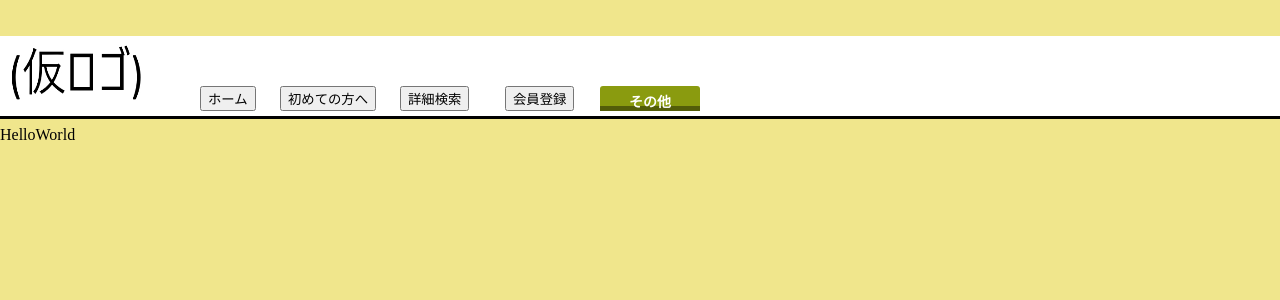
Repository: k0816/backup-master
Page: http://localhost/cycle/partyJoin.jsp
An editor plug-in stored every save of this project. The page is shown before and after the next save, followed by the edit.
The browser window is 1280 px wide. The pictures show the whole page.
The page is served by Tomcat 9. Other server files are loaded and not shown.

Above is the page before, as saved 2018-01-16 01:31:51.

### cycle/WebContent/partyJoin.jsp
<%@ page language="java" contentType="text/html; charset=UTF-8"
    pageEncoding="UTF-8"%>
<%@ taglib prefix="s" uri="/struts-tags"%>
<!DOCTYPE html PUBLIC "-//W3C//DTD HTML 4.01 Transitional//EN" "http://www.w3.org/TR/html4/loose.dtd">
<html>
<head>
<meta http-equiv="Content-Type" content="text/html; charset=UTF-8">
<title>Insert title here</title>
</head>
<body>

<br><br>
<jsp:include page="/includeHeader.jsp" flush="true" />
<br>
HelloWorld


</body>
</html>

### cycle/WebContent/includeHeader.jsp
<%@ page language="java" contentType="text/html; charset=UTF-8"
	pageEncoding="UTF-8"%>
<%@ taglib prefix="s" uri="/struts-tags"%>
<!DOCTYPE html PUBLIC "-//W3C//DTD HTML 4.01 Transitional//EN" "http://www.w3.org/TR/html4/loose.dtd">
<html>
<head>

<meta http-equiv="Content-Type" content="text/html; charset=utf-8" />
<meta http-equiv="Content-Style-Type" content="text/css" />
<meta http-equiv="Content-Script-Type" content="text/javascript" />
<meta http-equiv="imagetoolbar" content="no" />
<meta name="description" content="" />
<meta name="keywords" content="" />


<title>ヘッダー記述</title>

<style type="text/css">
#header {
	width: 100%;
	height: 80px;
	background-color: white;
	border-bottom: 3px solid black;
	position: fixed;
}

#welcome {
    position: absolute;
	left: 200px;
	top:20px;
}

.botan {
	position: absolute;
	top: 50px;
}

#home {
	position: absolute;
	left: 200px;
}

#new {
	position: absolute;
	left: 280px;
}

#search {
	position: absolute;
	left: 400px;
}

#other {
	position: absolute;
	left: 500px;
}

#create {
	position: absolute;
	left: 505px;
}

/*背景設定*/
body {
	/* background: url("./image/wood.jpg"); */
	background-color: #F0E68C;
	margin: 0;
	padding: 0;
}

/* ドロップダウンメニューについて */
#dropmenu {
	list-style-type: none;
	width: 100px;
	height: 20px;
	margin: 0px auto 0px;
	padding: 0;
	background: #8a9b0f;
	border-bottom: 5px solid #535d09;
	border-radius: 3px 3px 0 0;
	position: absolute;
	left: 600px;
}

#dropmenu li {
	position: relative;
	width: 100%;
	float: left;
	margin: 0;
	padding: 0;
	text-align: center;
}

#dropmenu li a {
	display: block;
	margin: 0;
	padding: 10px ;
	color: #fff;
	font-size: 14px;
	font-weight: bold;
	line-height: 1;
	text-decoration: none;
}

#dropmenu li:hover>a {
	background: #6e7c0c;
	color: #eff7b1;
}

#dropmenu>li:hover>a {
	border-radius: 3px 3px 0 0;
}

#dropmenu li ul {
	list-style: none;
	position: absolute;
	top: 100%;
	left: 0;
	margin: 0;
	padding: 0;
	border-radius: 0 0 3px 3px;
}

#dropmenu li ul li {
	overflow: hidden;
	width: 100%;
	height: 0;
	color: #fff;
	-moz-transition: .2s;
	-webkit-transition: .2s;
	-o-transition: .2s;
	-ms-transition: .2s;
	transition: .2s;
}

#dropmenu li ul li a {
	padding: 13px 13px;
	background: #6e7c0c;
	text-align: center;
	font-size: 12px;
	font-weight: normal;
}

#dropmenu li:hover ul li {
	overflow: visible;
	height: 38px;
	border-top: 1px solid #7c8c0e;
	border-bottom: 1px solid #616d0b;
}

#dropmenu li:hover ul li:first-child {
	border-top: 0;
}

#dropmenu li:hover ul li:last-child {
	border-bottom: 0;
}

#dropmenu li:hover ul li:last-child a {
	border-radius: 0 0 3px 3px;
}
</style>

</head>
<body>

	<div id="header">
		<img src="image\logotest.jpg" width="150" height="80">

		<div id="welcome">
		<s:if test="#session.loginUser != null">
		ようこそ！<s:property value="#session.loginUser.getUserName()" escape="false" />様！
		</s:if>

		</div>


		<div class="botan">

			<div id="home">
				<form action="GoHomeAction">
					<input type="submit" value="ホーム" />
				</form>
			</div>
			<div id="new">
				<form action="ToNewUserAction">
					<input type="submit" value="初めての方へ" />
				</form>
			</div>
			<div id="search">
				<form action="PartySearchAction">
					<input type="submit" value="詳細検索" />
				</form>
			</div>

			<div id="create">
				<form action="UserCreateAction">
					<input type="submit" value="会員登録" />
				</form>
			</div>
			<!-- ドロップダウンメニュー -->

			<ul id="dropmenu">
				<li><a href="#">その他</a>
					<ul>
						<li><a href="ToNewUserAction">お知らせ</a></li>
						<li><a href="#">会社概要</a></li>
						<li><a href="#">お問い合わせ</a></li>
						<li><s:if test="#session.loginUser != null"><a href="LogoutAction">ログアウト</a></s:if></li>
					</ul>
				</li>
			</ul>

		</div>
	</div>
	<br>
	<br>
	<br>
	<br>


</body>
</html>

After the next save:
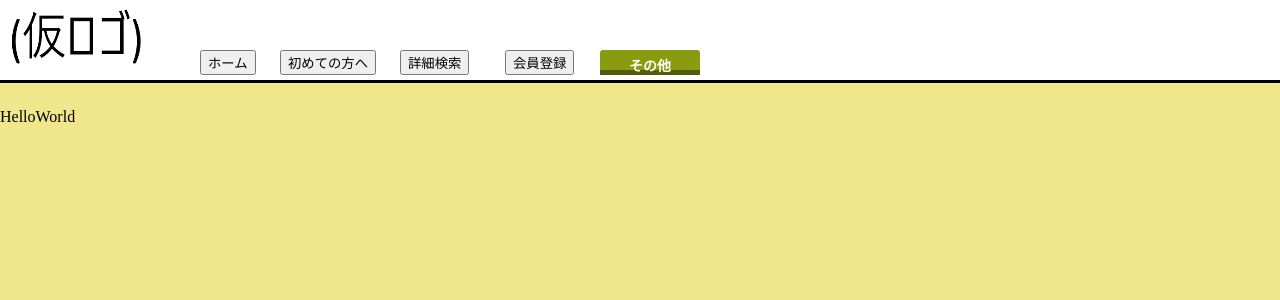
Saved 22 s later.
--- a/cycle/WebContent/partyJoin.jsp
+++ b/cycle/WebContent/partyJoin.jsp
@@ -8,10 +8,8 @@
 <title>Insert title here</title>
 </head>
 <body>
-
+<jsp:include page="/includeHeader.jsp" flush="true" />
 <br><br>
-<jsp:include page="/includeHeader.jsp" flush="true" />
-<br>
 HelloWorld
 
 
